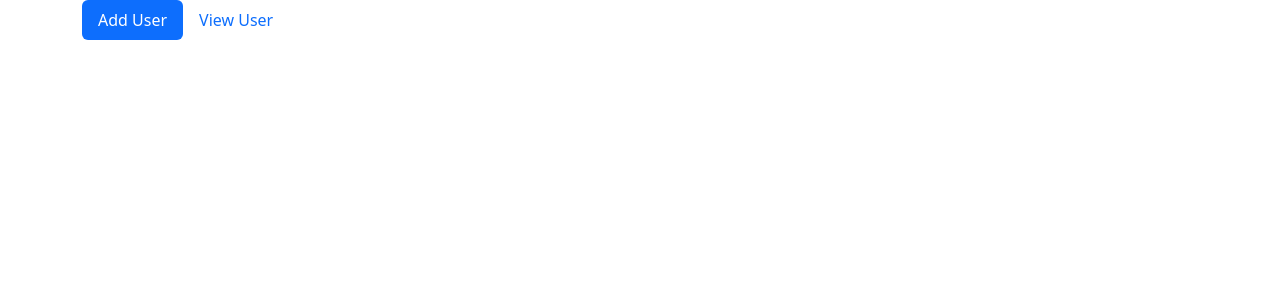
Repository: 9703146255/ADV-JAVA-PROJECTS
Page: http://localhost/03-CrudOperationProject/user.jsp
These files come from the project's save history. The page is drawn as it stood at one moment and after the next save; the edit follows.
The browser window is 1280 px wide. The pictures show the whole page.
The page is served by Tomcat 9.

Above is the page before, as saved 2023-11-07 07:32:13.

After the next save:
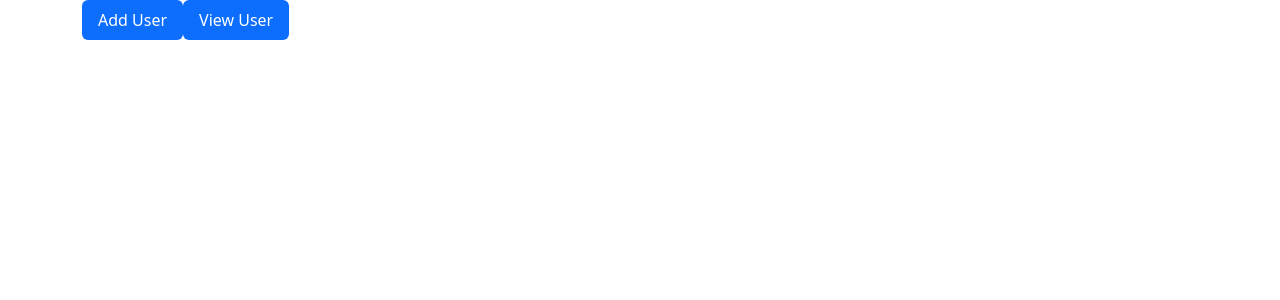
Saved 33 s later.
--- a/03-CrudOperationProject/src/main/webapp/user.jsp
+++ b/03-CrudOperationProject/src/main/webapp/user.jsp
@@ -24,7 +24,7 @@
   </li>
 
   <li class="nav-item">
-    <a class="nav-link" href="">View User</a>
+    <a class="nav-link active" href="">View User</a>
   </li>
 
 </ul>
